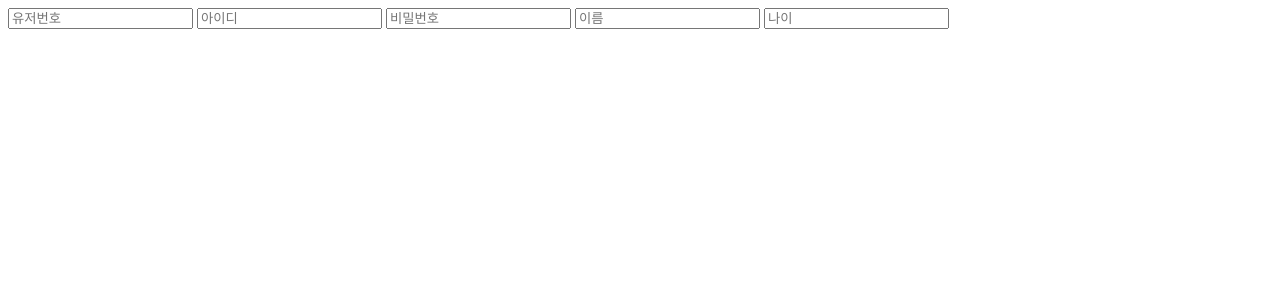
Repository: eyonghwan/spring_preactice
Page: http://localhost/SpringBasic/userInfo
The author's editor kept a copy of each file at every save. The page is drawn from the files as they stood at one save, then again after the next save.
The browser window is 1280 px wide. The pictures show the whole page.
The page is served by Tomcat 9. Other server files are loaded and not shown.

Above is the page before, as saved 2022-03-31 05:46:19.

### SpringBasic/src/main/webapp/WEB-INF/views/userInfo.jsp
<%@ page language="java" contentType="text/html; charset=UTF-8"
    pageEncoding="UTF-8"%>
<!DOCTYPE html>
<html>
<head>
<meta charset="UTF-8">
<title>Insert title here</title>
</head>
<body>
	<form action="/userInfo" method="post">
		<input type="number" name="userNum" placeholder="유저번호">
		<input type="text" name="userId" placeholder="아이디">
		<input type="password" name="userPw" placeholder="비밀번호">
		<input type="text" name="userName" placeholder="이름">
		<input type="number" name="userAge" placeholder="나이">
	</form>
</body>
</html>

After the next save:
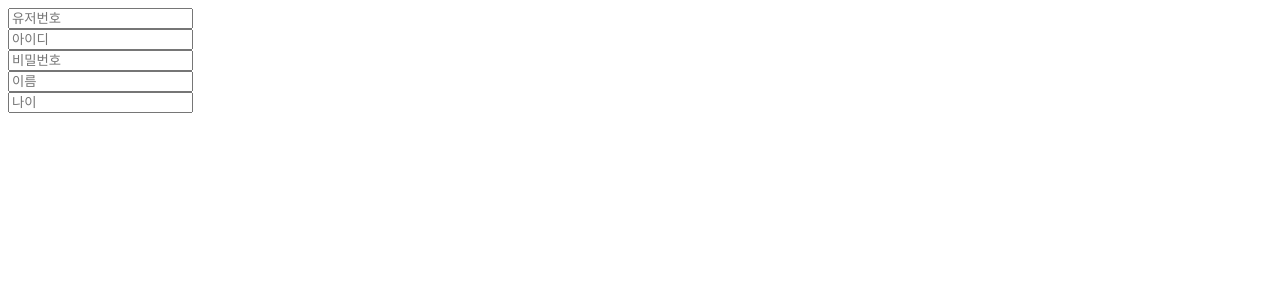
Saved 24 s later.
--- a/SpringBasic/src/main/webapp/WEB-INF/views/userInfo.jsp
+++ b/SpringBasic/src/main/webapp/WEB-INF/views/userInfo.jsp
@@ -8,11 +8,11 @@
 </head>
 <body>
 	<form action="/userInfo" method="post">
-		<input type="number" name="userNum" placeholder="유저번호">
-		<input type="text" name="userId" placeholder="아이디">
-		<input type="password" name="userPw" placeholder="비밀번호">
-		<input type="text" name="userName" placeholder="이름">
-		<input type="number" name="userAge" placeholder="나이">
+		<input type="number" name="userNum" placeholder="유저번호"><br/>
+		<input type="text" name="userId" placeholder="아이디"><br/>
+		<input type="password" name="userPw" placeholder="비밀번호"><br/>
+		<input type="text" name="userName" placeholder="이름"><br/>
+		<input type="number" name="userAge" placeholder="나이"><br/>
 	</form>
 </body>
 </html>
